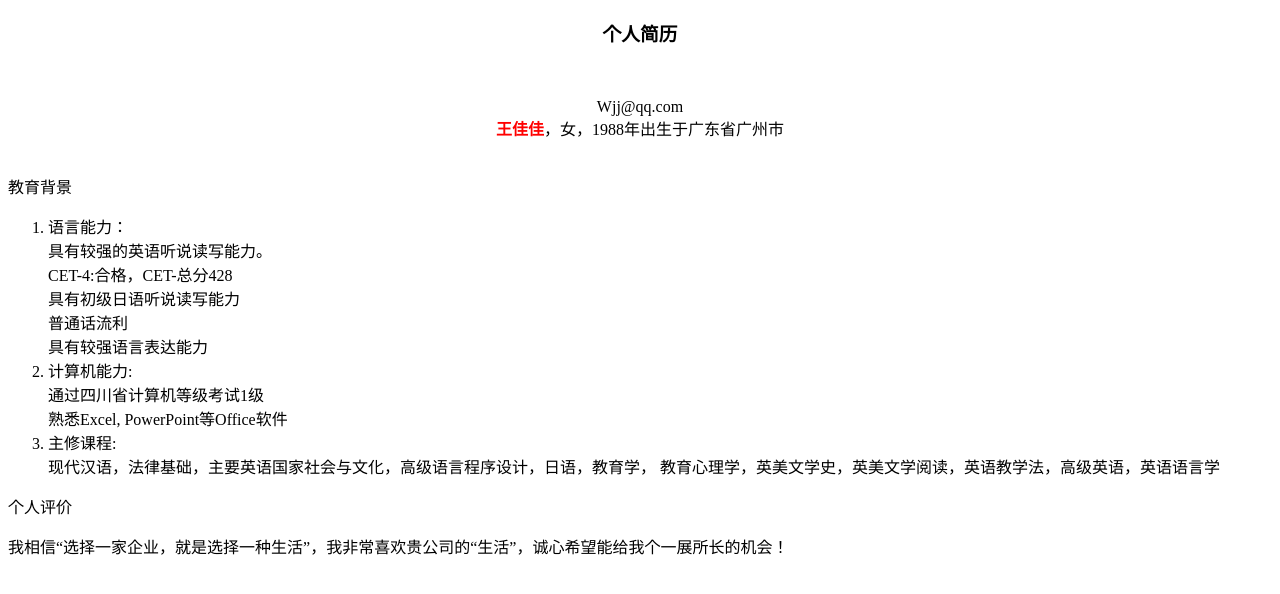
Repository: sheep9590/Test
Page: http://localhost/Prj03/
The author's editor kept a copy of each file at every save. The page is drawn from the files as they stood at one save, then again after the next save.
The browser window is 1280 px wide. The pictures show the whole page.
The page is served by Tomcat 9.

Above is the page before, as saved 2021-09-02 16:00:15.

### eclipse-workspace/Prj03/WebRoot/index.jsp
<%@ page language="java" contentType="text/html; charset=UTF-8"
    pageEncoding="UTF-8"%>
<!DOCTYPE html>
<html>
<head>
<meta charset="UTF-8">
<title>我的第一个 HTML 页面</title>
</head>
<body>
<h3 align="center">个人简历</h3><br>
<p align="center">Wjj@qq.com<br>
<font color="#FF0000" face="仿宋_GB2312" size="3"><b>王佳佳</b></font>，女，1988年出生于广东省广州市</p><br>
教育背景
<ol>
<li>语言能力：<br>具有较强的英语听说读写能力。<br>CET-4:合格，CET-总分428<br>具有初级日语听说读写能力<br>普通话流利<br>
具有较强语言表达能力 </li>
<li>计算机能力:<br>通过四川省计算机等级考试1级<br>熟悉Excel, PowerPoint等Office软件</li>
<li>主修课程:<br>现代汉语，法律基础，主要英语国家社会与文化，高级语言程序设计，日语，教育学， 教育心理学，英美文学史，英美文学阅读，英语教学法，高级英语，英语语言学</li>
</ol>
个人评价
<p>我相信“选择一家企业，就是选择一种生活”，我非常喜欢贵公司的“生活”，诚心希望能给我个一展所长的机会！</p>
</body>
</html>

After the next save:
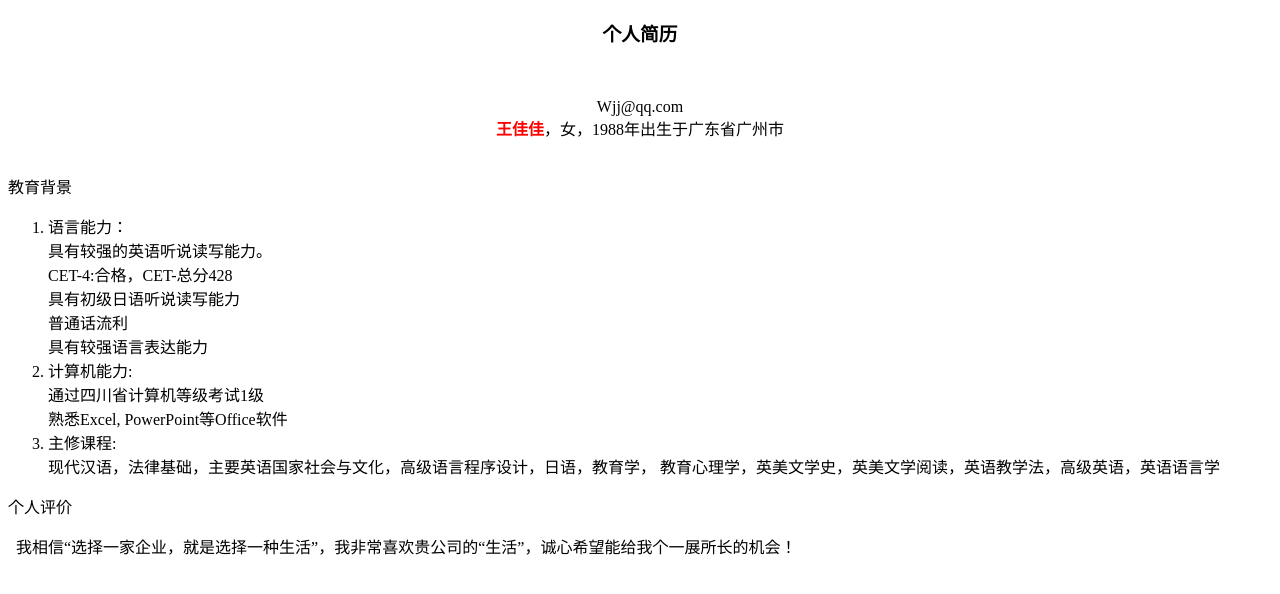
Saved 31 s later.
--- a/eclipse-workspace/Prj03/WebRoot/index.jsp
+++ b/eclipse-workspace/Prj03/WebRoot/index.jsp
@@ -18,6 +18,6 @@
 <li>主修课程:<br>现代汉语，法律基础，主要英语国家社会与文化，高级语言程序设计，日语，教育学， 教育心理学，英美文学史，英美文学阅读，英语教学法，高级英语，英语语言学</li>
 </ol>
 个人评价
-<p>我相信“选择一家企业，就是选择一种生活”，我非常喜欢贵公司的“生活”，诚心希望能给我个一展所长的机会！</p>
+<p>&nbsp;&nbsp;我相信“选择一家企业，就是选择一种生活”，我非常喜欢贵公司的“生活”，诚心希望能给我个一展所长的机会！</p>
 </body>
 </html>
